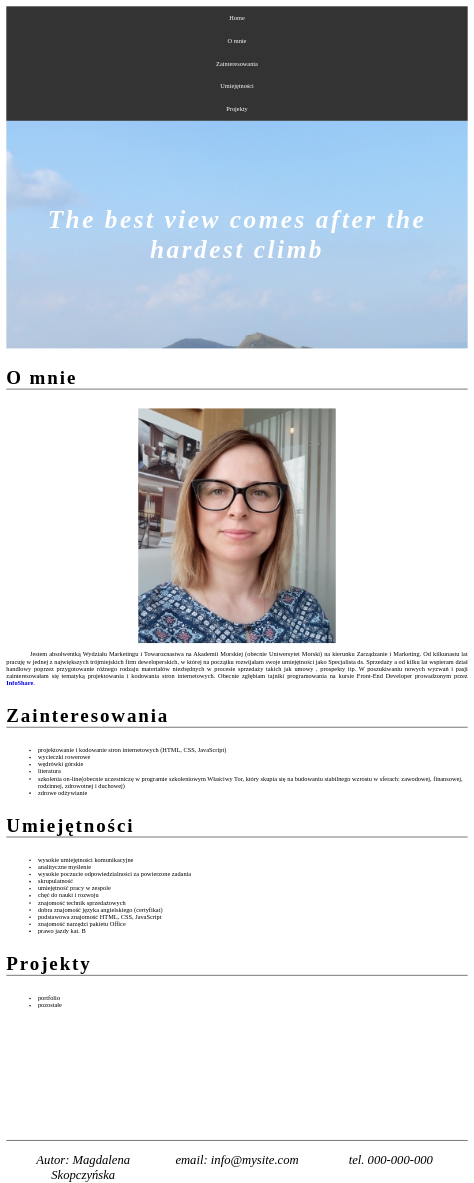
Repository: MagJaw/portfolio
Page: portfolio.html
These files come from the project's save history. The page is drawn as it stood at one moment and after the next save; the edit follows.
The browser window is 600 px wide. The pictures show the whole page, at 79% of full size.

Above is the page before, as saved 2018-11-14 00:53:54.

After the next save:
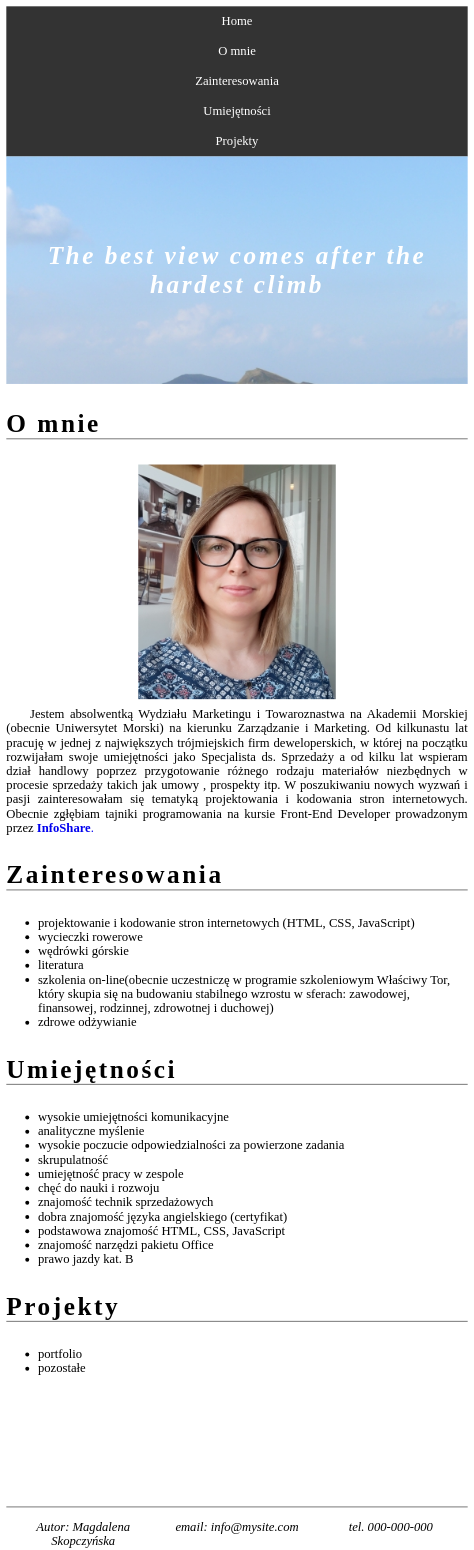
Saved 30 s later.
--- a/main.css
+++ b/main.css
@@ -107,11 +107,11 @@ font-size: 2em;
 }
 
 p, li {
-font-size: 0.5em;
+font-size: 1em;
 }
 
 .header__section {
-font-size: 1.5em;
+font-size: 2em;
 }
 
 .my__photo {
